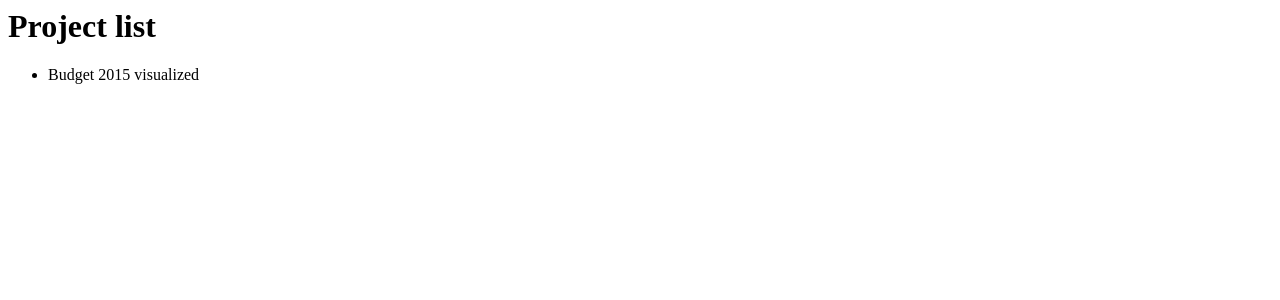
Repository: srikrishnanr/randomsparks
Page: index.html
The author's editor kept a record of every edit. The page is drawn from the files as they stood at one moment, then again after the next edit.
The browser window is 1280 px wide. The pictures show the whole page.

Above is the page before.

### index.html
<html>

<body>
    <h1>Project list</h1>
    <ul><li>Budget 2015 visualized</li></ul>

</body>

</html>

After the next edit:
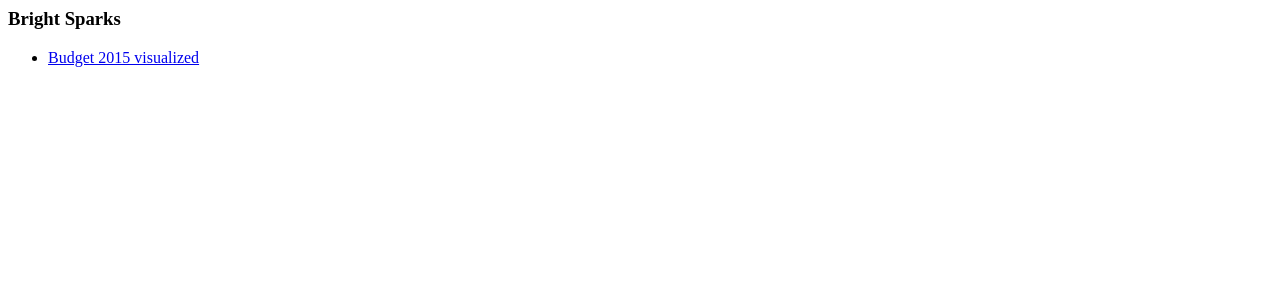
The edit:
--- a/index.html
+++ b/index.html
@@ -1,8 +1,10 @@
 <html>
 
 <body>
-    <h1>Project list</h1>
-    <ul><li>Budget 2015 visualized</li></ul>
+    <h3>Bright Sparks</h3>
+    <ul>
+        <li><a href="budget2015india.html">Budget 2015 visualized</a></li>
+    </ul>
 
 </body>
 
